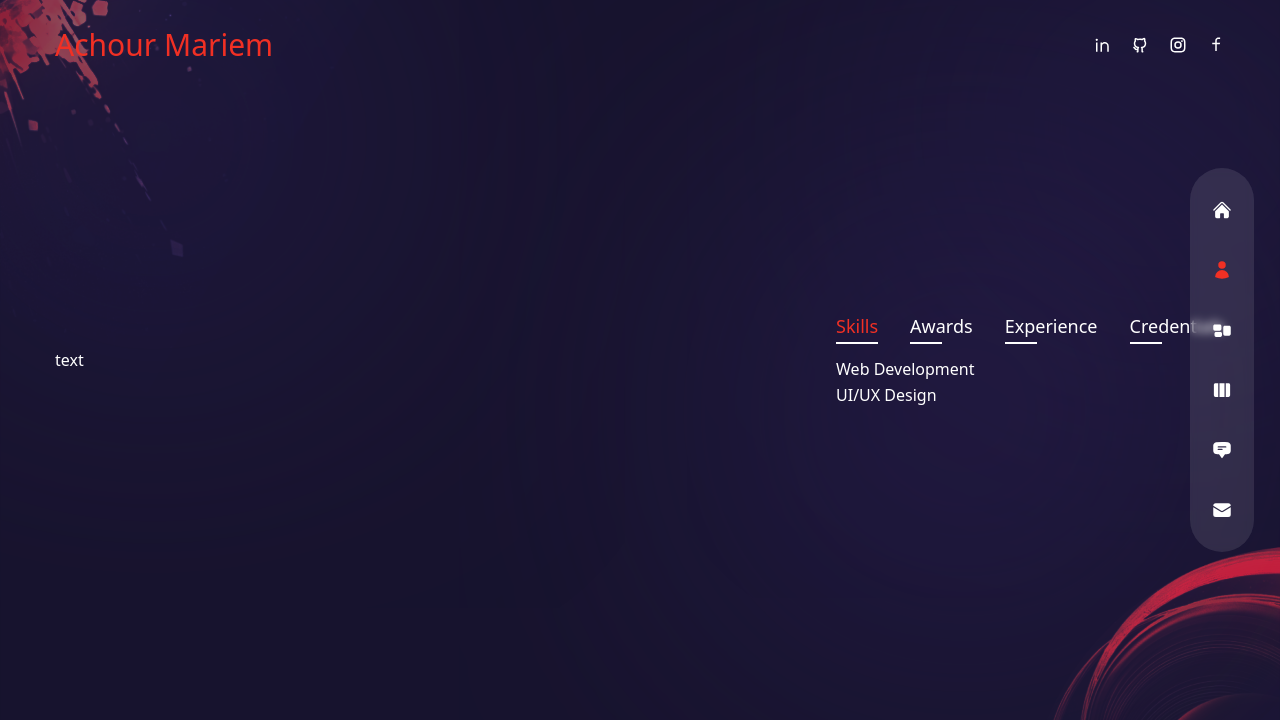
Repository: AchourMaryem/My-personal-portfolio
Page: /about
These files come from the project's save history. The page is drawn as it stood at one moment and after the next save; the edit follows.
The browser window is 1280 px wide. The pictures show the whole page.
The project was rebuilt for these pictures with package versions that can differ from the ones it lists, and the page was loaded fresh each time. The framework's server and built-in components were replaced by stand-ins that run in the browser. Also part of the build but not shown: next.config.js.

Above is the page before, as saved 2023-09-22 02:04:27.

After the next save:
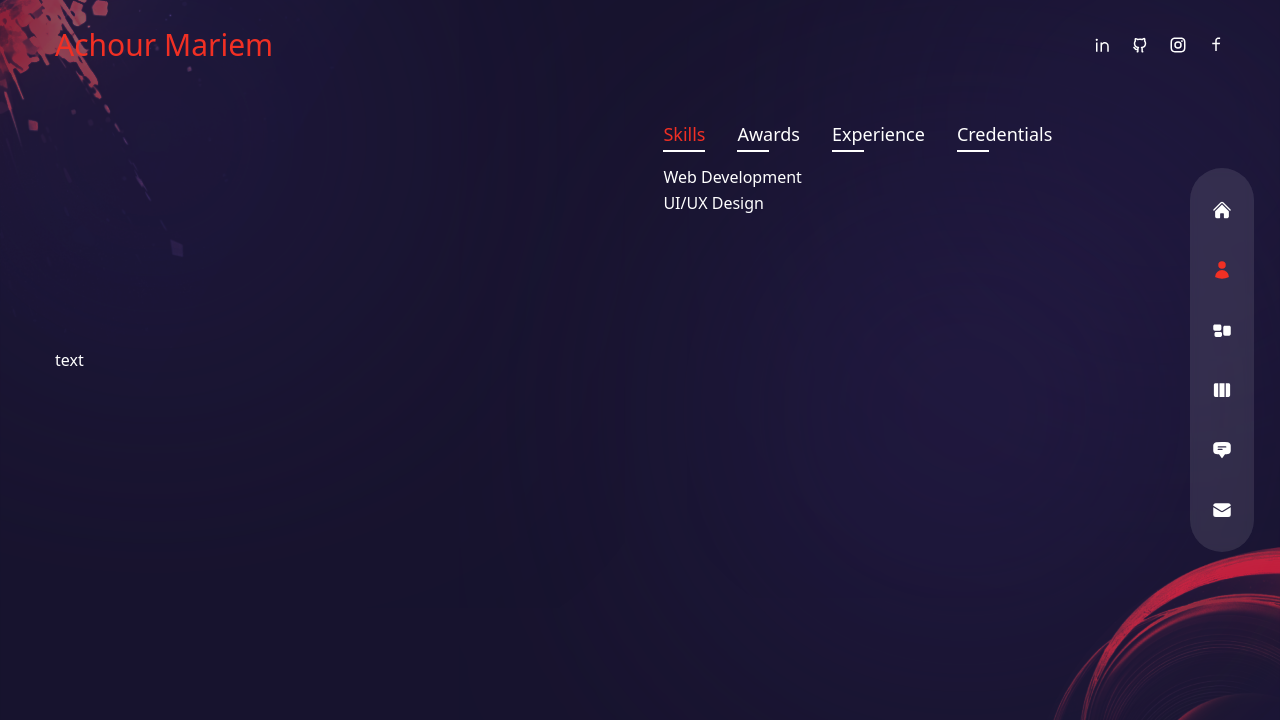
Saved 32 s later.
--- a/pages/about/index.js
+++ b/pages/about/index.js
@@ -110,8 +110,7 @@ const About = () => {
     </motion.div>
     <div className='container mx-auto h-full flex felx-col items-center xl:flex-row gap-x-6'>
       <div className='flex-1 flex flex-col justify-center'>text</div>
-      <div className='flex flex-col w-full xl:max-w-[48%] h-[480px]'></div>
-      <div>
+      <div className='flex flex-col w-full xl:max-w-[48%] h-[480px]'>
         <div className='flex gap-x-4 xl:gap-x-8 mx-auto xl:mx-0 mb-4'>
           {aboutData.map((item, itemIndex)=>{
             return (
